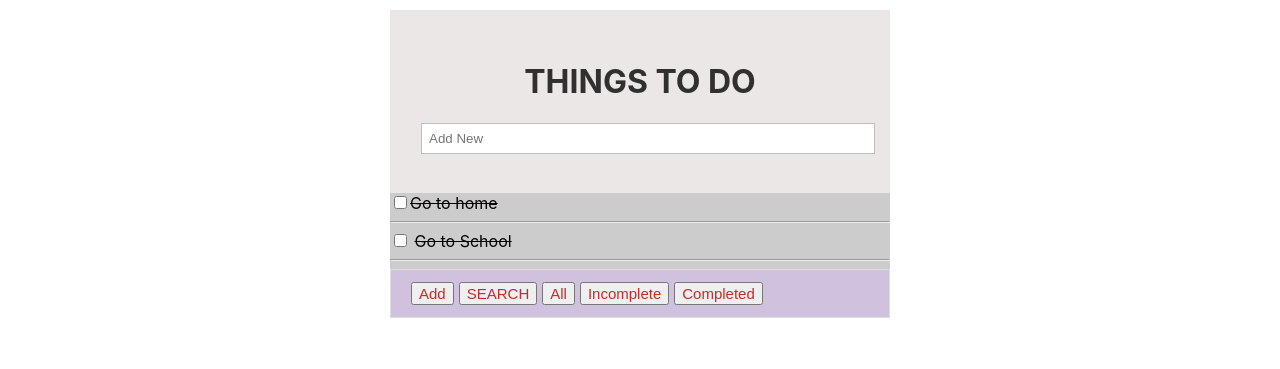
Repository: kirangautam45/To-Do-Application
Page: /
These files come from the project's save history. The page is drawn as it stood at one moment and after a run of saves; the edit follows.
The browser window is 1280 px wide. The pictures show the whole page.
The project was rebuilt for these pictures with package versions that can differ from the ones it lists, and the page was loaded fresh each time.

Above is the page before, as saved 2022-08-11 14:42:22.

After the next 2 saves:
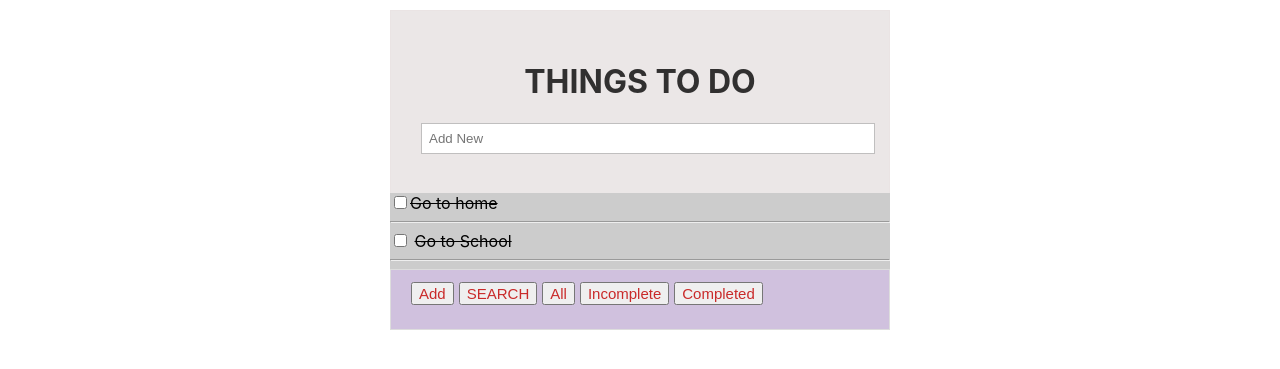
The 2 saves are shown as one change because they came seconds apart.
The last was saved 6 s later.
--- a/src/App.css
+++ b/src/App.css
@@ -28,7 +28,7 @@
   margin-bottom: 2%;
 }
 .Icon{
-  height: ;
+  height: 35px;
 justify-content: space-between;
 border: 1px solid #ddd;
 background-color: #d0c1de;

After the 2 saves that followed:
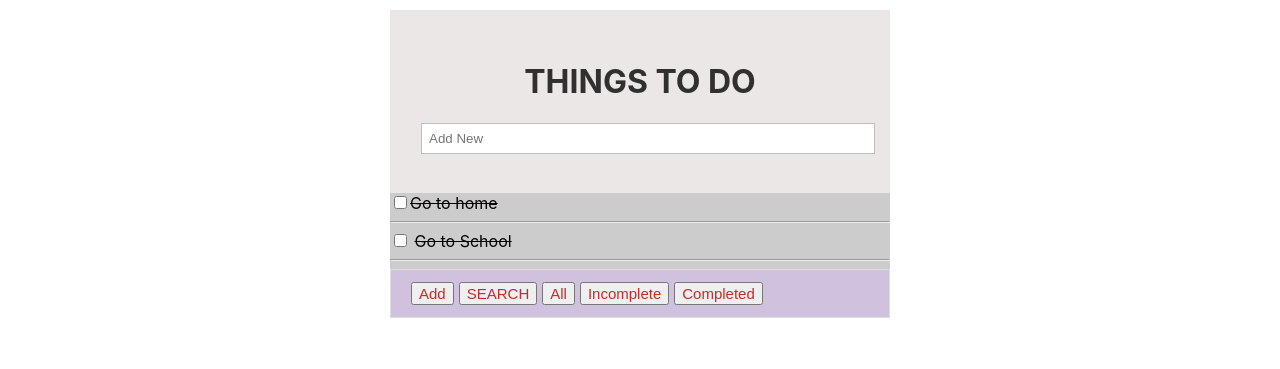
The 2 saves are shown as one change because they came seconds apart.
The last was saved 10 s later.
--- a/src/App.css
+++ b/src/App.css
@@ -28,7 +28,7 @@
   margin-bottom: 2%;
 }
 .Icon{
-  height: 35px;
+  height: auto;
 justify-content: space-between;
 border: 1px solid #ddd;
 background-color: #d0c1de;
